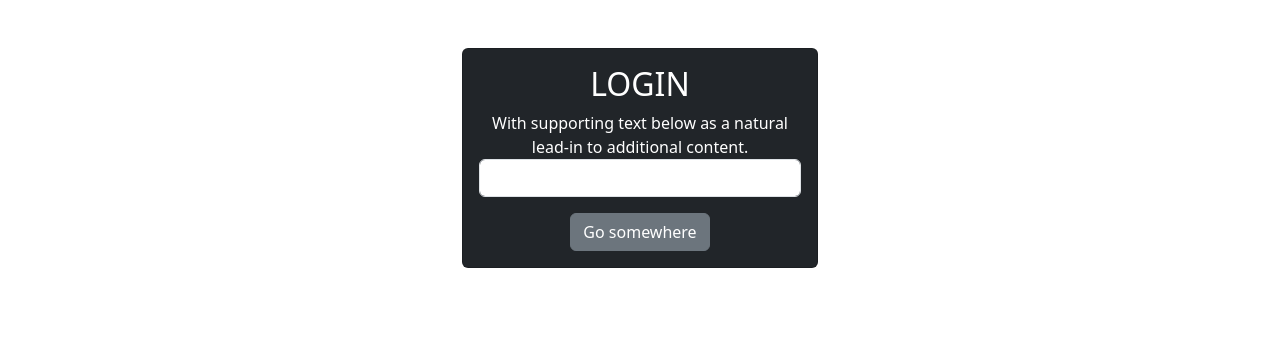
Repository: Rohit1995K/React-redux
Page: /
The author's editor kept a copy of each file at every save. The page is drawn from the files as they stood at one save, then again after a run of saves.
The browser window is 1280 px wide. The pictures show the whole page.
The project was rebuilt for these pictures with package versions that can differ from the ones it lists, and the page was loaded fresh each time. Also part of the build but not shown: src/Components/CartItem.js, src/Containers/CartContainer.js, src/Components/Navbar.js.

Above is the page before, as saved 2022-10-25 12:20:05.

After the next 2 saves:
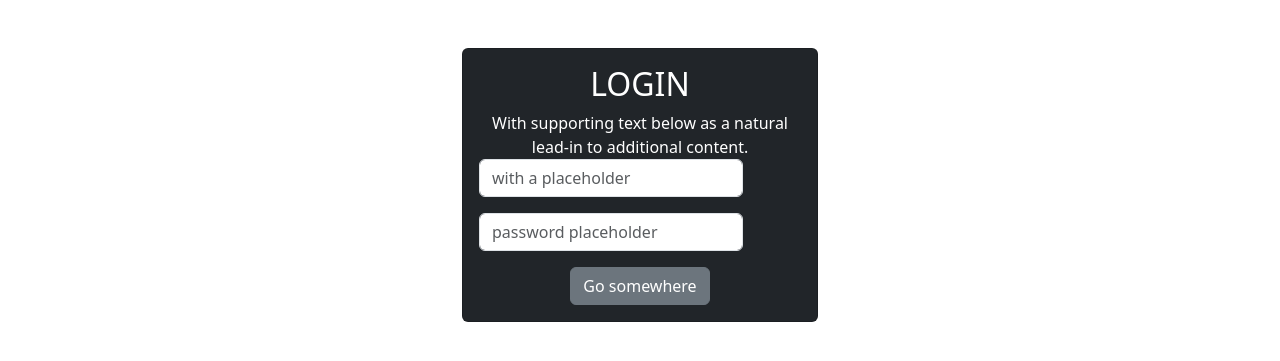
The 2 saves are shown as one change because 1 did not build or start.
The last was saved 4 min 12 s later.
--- a/src/Components/Login/Login.js
+++ b/src/Components/Login/Login.js
@@ -1,5 +1,5 @@
 import React from "react";
-import { Card,CardBody,CardTitle,CardText,Button,Input } from "reactstrap";
+import { Card,CardBody,CardTitle,CardText,Button,Input,Form,FormGroup,Col } from "reactstrap";
 
 
 const Login = () => {
@@ -15,7 +15,18 @@ const Login = () => {
                         </CardTitle>
                         <CardText>
                             With supporting text below as a natural lead-in to additional content.
-                            <Input />
+                            <Form>
+                                <FormGroup row>
+                                    <Col sm={10}>
+                                        <Input id="exampleEmail" name="email" placeholder="with a placeholder" type="email"/>
+                                    </Col>
+                                </FormGroup>
+                                <FormGroup row>
+                                    <Col sm={10}>
+                                        <Input id="examplePassword" name="password" placeholder="password placeholder" type="password"/>
+                                    </Col>
+                                </FormGroup>
+                            </Form>
                         </CardText>
                         <Button>
                             Go somewhere
